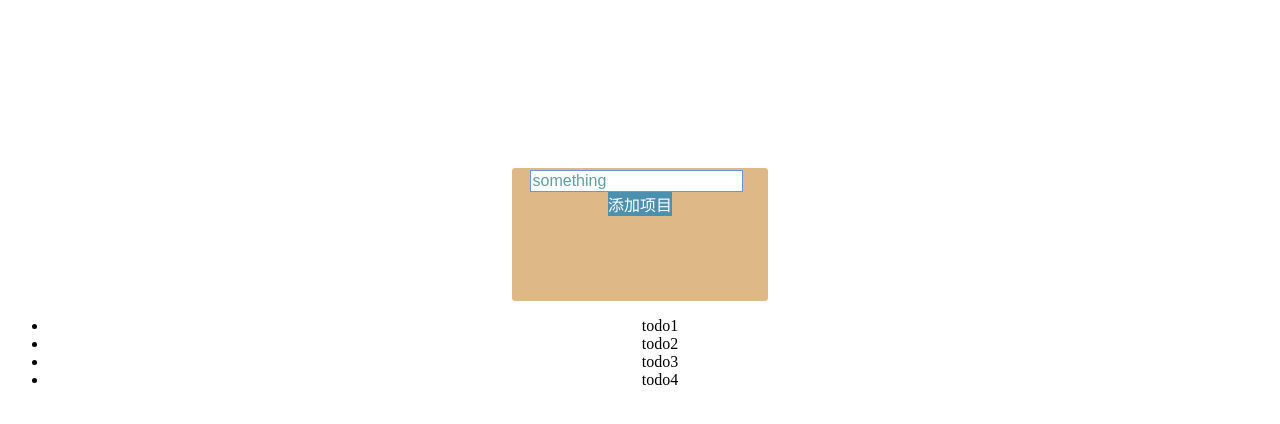
Repository: ArtemisWang/todolistProject
Page: /
These files come from the project's save history. The page is drawn as it stood at one moment and after the next save; the edit follows.
The browser window is 1280 px wide. The pictures show the whole page.
The project was rebuilt for these pictures with package versions that can differ from the ones it lists, and the page was loaded fresh each time.

Above is the page before, as saved 2020-02-28 21:47:07.

### src/App.js
import React,{useState} from 'react';
import './App.css'
const App=function(){

    const [list, setList]=useState(['todo1','todo2','todo3','todo4'])
    const [content, setContent]=useState('something')

    function addItem(){
        setList([...list,content])
        setContent('')
    }

    function changeContent(e){
        setContent(e.target.value)
        return content
    }

    function deleteItem(i){
        setList(list.filter((x,index)=>index!==i))
    }

    return (
    <div className='app'>
        <div className='input'>
            <input onChange={changeContent} value={content} className='input-text'/>
            <button onClick={addItem} className='button'>添加项目</button>
        </div>
        <div className='u-list'>
            <ul>
                {list.map((it,i)=>(<li key={it+i} onClick={deleteItem.bind(this,i)}>{it}</li>))}
            </ul>
        </div>
    </div>)
}




export default App

### src/App.css
.app{
    text-align: center;
    padding-top: 10rem;
}

.input{
    display: block;
    background-color: burlywood;
    width: 16rem;
    margin-left:auto;
    margin-right:auto;
    padding-top: 0.1rem;
    padding-bottom: 0.2rem;
    border-radius: .2rem;
    height: 8rem;
}

.input-text{
    color: cadetblue;
    border: cornflowerblue solid 1px;
    display: inline-flex;
    margin-right: .5rem;
    font-size: 1rem;
}

.button {
    background-color: rgb(76, 144, 175); /* Green */
    border: none;
    color: white;
    padding: 0;
    text-align: center;
    text-decoration: none;
    display: inline-flex;
    font-size: 1rem;
}

Loaded but not shown: public/index.html (common file); src/index.js (common file)

After the next save:
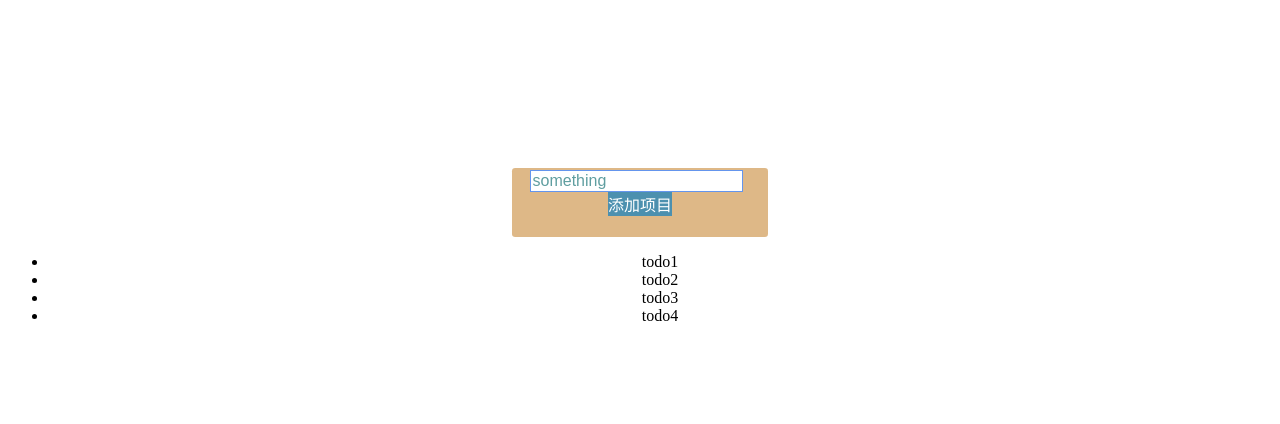
Saved 6 s later.
--- a/src/App.css
+++ b/src/App.css
@@ -12,7 +12,7 @@
     padding-top: 0.1rem;
     padding-bottom: 0.2rem;
     border-radius: .2rem;
-    height: 8rem;
+    height: 4rem;
 }
 
 .input-text{
